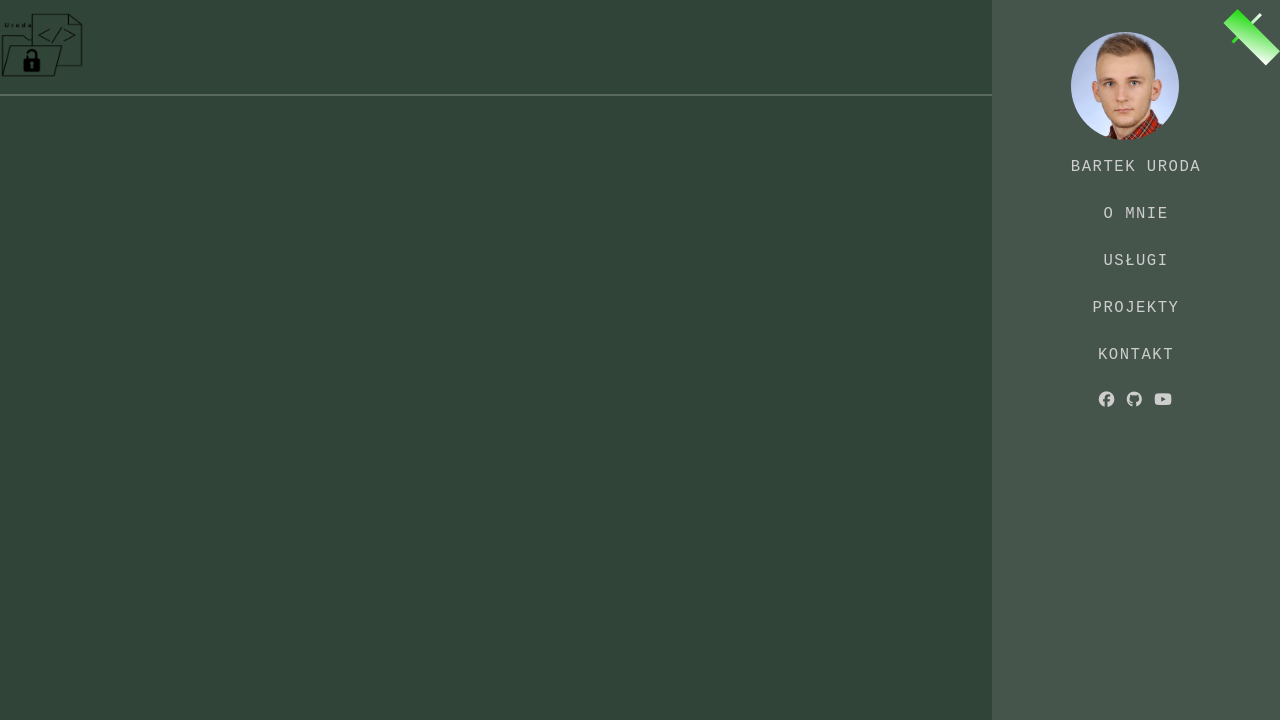
Repository: BartekUroda/portfolio
Page: index.html
The author's editor kept a copy of each file at every save. The page is drawn from the files as they stood at one save, then again after the next save.
The browser window is 1280 px wide. The pictures show the whole page.
After loading, the first visible `div.burger-menu-icon` was clicked once.
Some web fonts or font styles are not loaded; a fallback is used. Some web libraries are served in a nearby version.

Above is the page before, as saved 2020-10-26 23:26:09.

### index.html
<!DOCTYPE html>
<html lang="en">
<head>
    <meta charset="UTF-8">
    <meta name="viewport" content="width=device-width, initial-scale=1.0">
    <title>Portfolio | Bartek Uroda</title>
    <link rel="stylesheet" type="text/css" href="css/style.css">
    <link href="https://fonts.googleapis.com/css2?family=Poppins&sfamily=Share+Tech+Mono&display=swap" rel="stylesheet">
    <script src="https://kit.fontawesome.com/056e5c10dc.js" crossorigin="anonymous"></script>
    <link rel="shortcut icon" type="image/x-icon" href="images/favicon.ico" />
</head>
<body>
    <header>
        <div class="container">
            <nav>
                <div class="nav-brand">
                    <a href="index.html">
                        <img src="images/logo.png" alt="Uroda">
                    </a>
                </div>
                <div class="burger-menu-icon">
                    <div class="line1"></div>
                    <div class="line2"></div>
                    <div class="line3"></div>
                </div>
                <ul class="nav-list">
                    <li class="nav-item">
                      <a href="#landing-page">
                        <img
                          src="images/profile.jpeg"
                          alt="Bartek Uroda"
                          class="profile-pic nav-link"
                        >
                        <span class="caption nav-link">Bartek Uroda</span>
                      </a>
                    </li>
                    <li class="nav-item">
                      <a href="#about" class="nav-link">O mnie</a>
                    </li>
                    <li class="nav-item">
                      <a href="#services" class="nav-link">Usługi</a>
                    </li>
                    <li class="nav-item">
                      <a href="#projects" class="nav-link">Projekty</a>
                    </li>
                    <li class="nav-item">
                      <a href="#contact" class="nav-link">Kontakt</a>
                    </li>
                    <li class="nav-item">
                      <a href="https://www.facebook.com/bartlomiej.uroda.3" target="_blank" class="nav-link">
                        <i class="fab fa-facebook"></i>
                      </a>
                      <a href="https://github.com/Urodii" target="_blank" class="nav-link">
                        <i class="fab fa-github"></i>
                      </a>
                      <a href="https://www.youtube.com/channel/UCzT1h5RNvmbtrmKT5hPjyAg?view_as=subscriber" target="_blank" class="nav-link">
                        <i class="fab fa-youtube"></i>
                      </a>
                    </li>
                  </ul>
            </nav>
        </div>
    </header>
 <script type="text/javascript" src="js/main.js"></script>
</body>
</html>

### css/style.css
/* ----------GLOBAL STYLES---------- */
*,
*::before,
*::after {
  margin: 0;
  padding: 0;
  box-sizing: inherit;
}
html {
    font-family: "Share Tech Mono", monospace;
    font-size: 12px;
    box-sizing: border-box;
    scroll-behavior: smooth;
    color: #e7e7e7;
    background: rgb(49, 68, 56);
}

a {
    text-decoration: none;
    color: rgb(3, 155, 23);
}

a:hover {
    color: rgba(249, 105, 14, 1);
}

ul {
    list-style: none;
}

p {
    font-size: 1.4rem;
}

img {
    width: 100%;
    max-width: 100%;
    height: auto;
}
/* ----------HEADER---------- */
header {
    width: 100%;
    height: 5rem;
    position: absolute;
    top: 0;
    left: 0;
    z-index: 1;
}
.contenier {
    width: 100%;
    max-width: 90rem;
    margin: 0 auto;
    padding: 0 1.5rem;
}
.nav-brand {
    width: 7rem;
}
nav {
    width: 100%;
    display: flex;
    align-items: center;
    justify-content: space-between;
    padding: 1rem 0;
    border-bottom: 2px solid rgba(255, 255, 255, .2);
}
.line1 {
    width: 20px;
    height: 3px;
    margin: 5px 0;
    background: linear-gradient(
      135deg,
      rgb(27, 218, 10) 0%,
      rgb(255, 255, 255) 100%
    );
}
.line2 {
    width: 25px;
    height: 3px;
    background: linear-gradient(
      135deg,
      rgb(27, 218, 10) 0%,
      rgb(255, 255, 255) 100%
    );
}
.line3 {
    width: 30px;
    height: 3px;
    margin: 5px 0;
    background: linear-gradient(
      135deg,
      rgb(27, 218, 10) 0%,
      rgb(255, 255, 255) 100%
    );
}
.burger-menu-icon {
    cursor: pointer;
    z-index: 999;
    position: fixed;
    right: 0;
    top: 0;
    background-color: rgba(67, 145, 47, 0.815);
    padding: 1.2rem;
    border-radius: 0% 0% 0% 40%;
}
.profile-pic {
    height: 9rem;
    width: auto;
    border-radius: 50%;
    display: block;
    margin: 1.5rem 0;
}
.caption {
    display: block;
}
.nav-list {
    width: 24rem;
    height: 100vh;
    background-color:  rgb(69, 85, 75);
    position: fixed;
    top: 0;
    right: -26rem;
    display: flex;
    flex-direction: column;
    align-items: center;
    justify-self: start;
    z-index: 998;
    transition: all 650ms ease-in-out;
}
.nav-list.active {
    right: 0;
}
.nav-item {
    margin: 1.2rem 0;
}
.nav-link {
    opacity: 1;
    font-size: 1.3rem;
    text-transform: uppercase;
    color: #cecece;
    letter-spacing: 1.5px;
}
.nav-link:hover {
    color: rgb(62, 248, 15);
}
.toggle {
    background: none;
}
.toggle .line1 {
    transform: rotate(-45deg) translate(-5px, 6px) scalex(2);
}
.toggle .line2 {
    opacity: 0;
}
.toggle .line3 {
    height: 20px;
    transform: rotate(45deg) translate(-5px, -6px) scalex(2);
    margin-left: 0px;
}

### js/main.js
//eselect elements
const selectElement = (s) => document.querySelector(s);
const navLinks = document.querySelectorAll(".nav-link");

selectElement(".burger-menu-icon").addEventListener("click", () => {
    selectElement(".nav-list").classList.toggle("active");
    selectElement(".burger-menu-icon").classList.toggle("toggle")
});

After the next save:
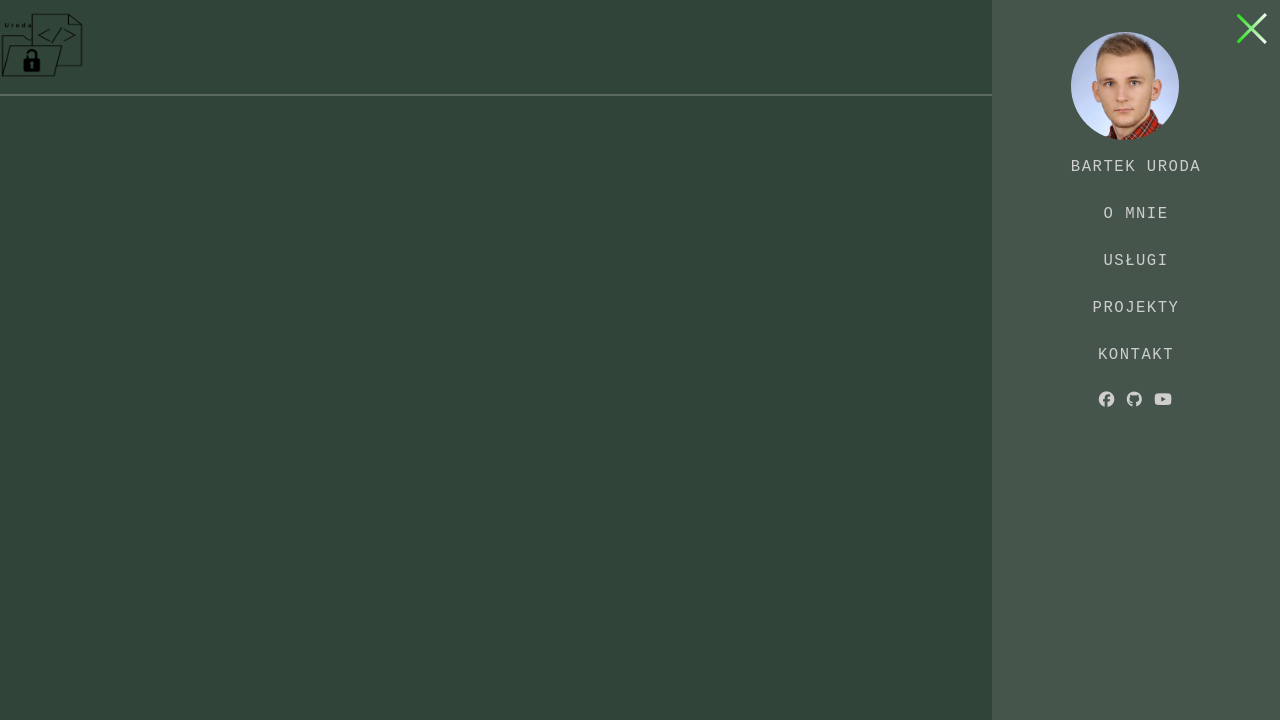
Saved 13 s later.
--- a/css/style.css
+++ b/css/style.css
@@ -152,7 +152,7 @@ nav {
     opacity: 0;
 }
 .toggle .line3 {
-    height: 20px;
+    width: 20px;
     transform: rotate(45deg) translate(-5px, -6px) scalex(2);
     margin-left: 0px;
 }
